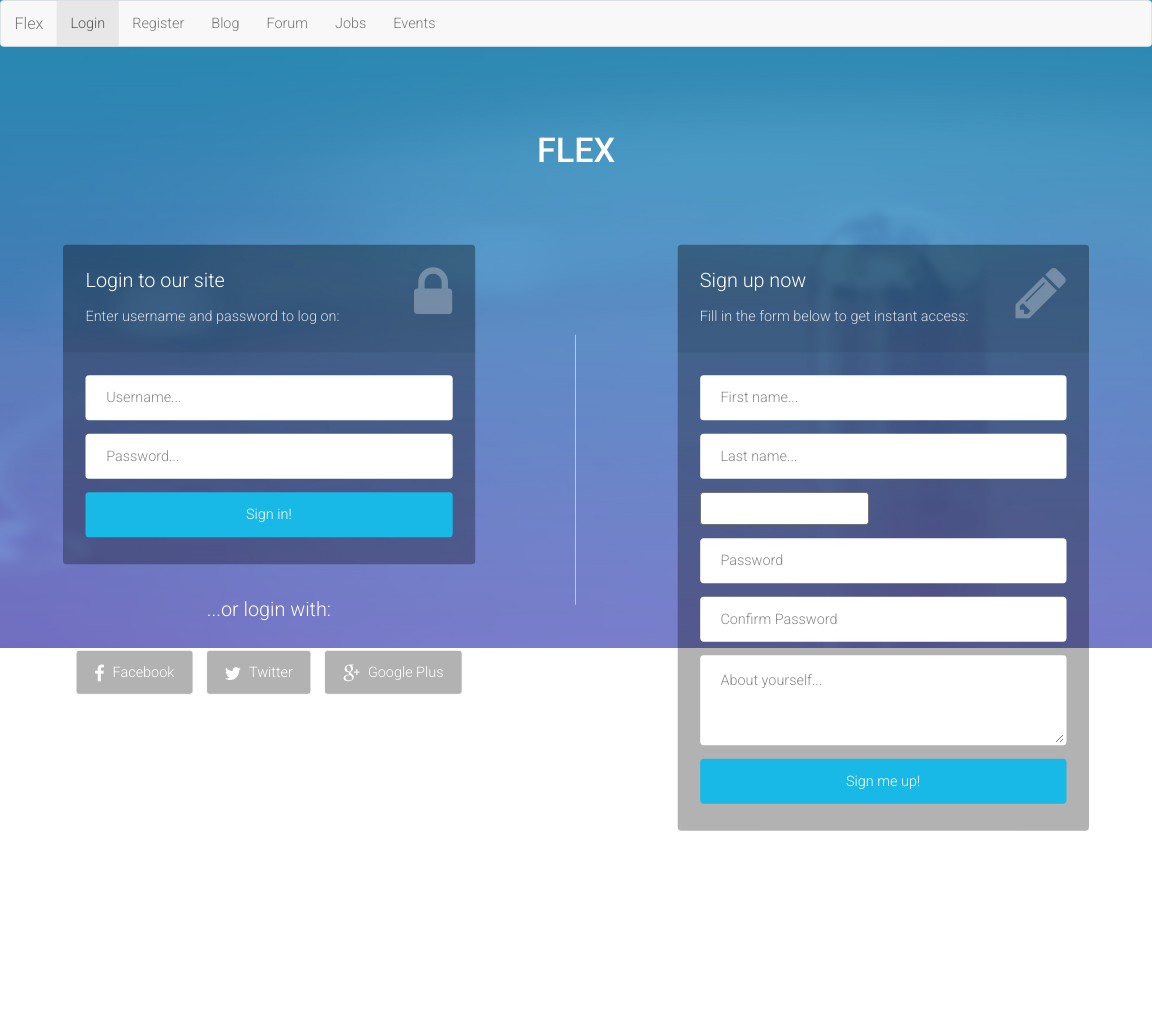
Repository: Angelamritha2012/Flex
Page: Collaboration/WebContent/index.html
An editor plug-in stored every save of this project. The page is shown before and after the next save, followed by the edit.
The browser window is 1280 px wide. The pictures show the whole page, at 90% of full size.
Some web libraries are served in a nearby version.

Above is the page before, as saved 2017-11-29 13:43:17.

After the next save:
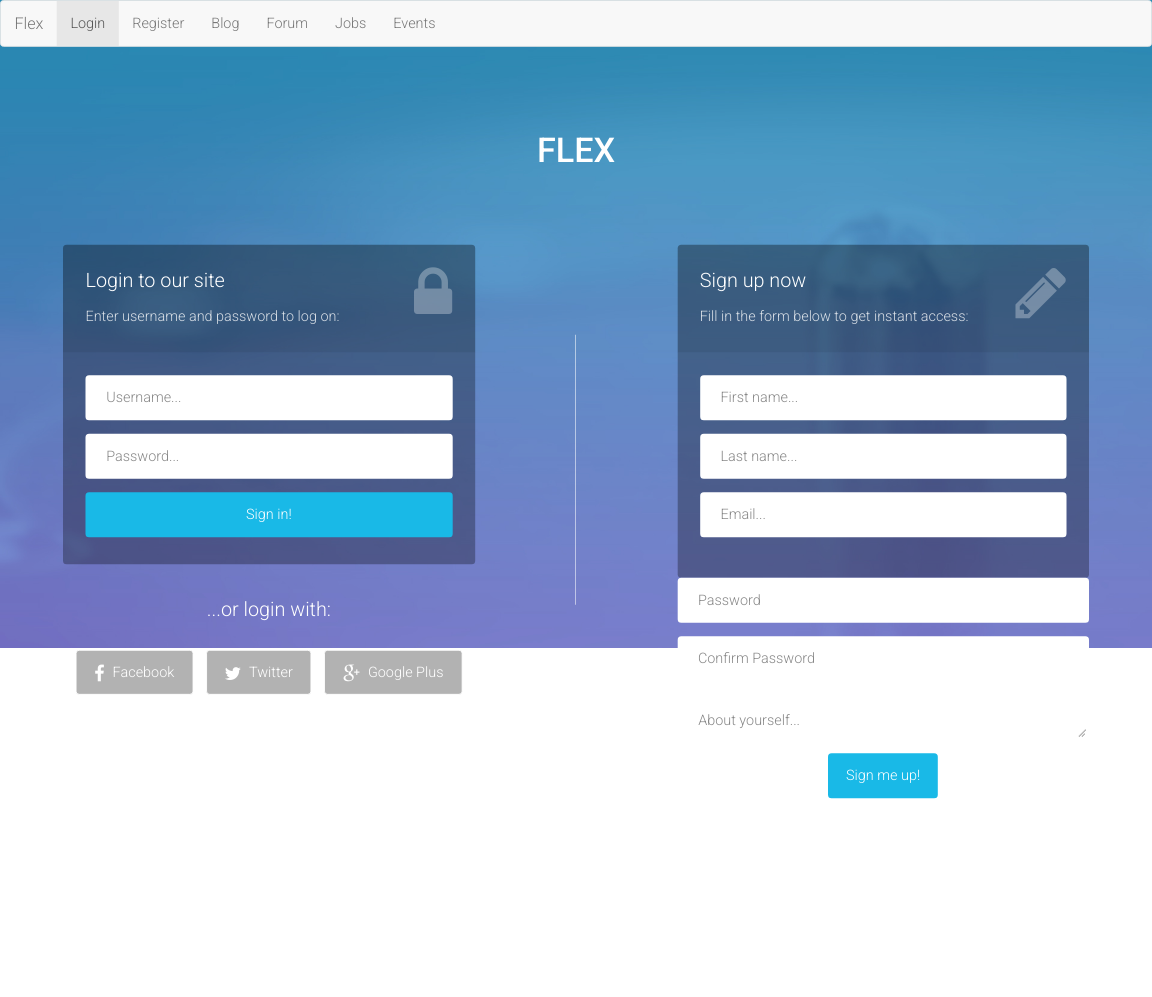
Saved 76 s later.
--- a/Collaboration/WebContent/index.html
+++ b/Collaboration/WebContent/index.html
@@ -140,16 +140,16 @@
 				                        	<input type="text" name="form-last-name" placeholder="Last name..." class="form-last-name form-control" id="form-last-name">
 				                        </div>
 				                        <div class="form-group">
-				                        	<!-- <label class="sr-only" for="form-email">Email</label>
+				                        	<label class="sr-only" for="form-email">Email</label>
 				                        	<input type="text" name="form-email" placeholder="Email..." class="form-email form-control" id="form-email">
 				                   <span ng-show="frm.email.$dirty && frm.email.$invalid">Email Address is not valid</span>
 
-				                        </div> -->
-				                        <input type="email" name="email" ng-model="email" required>
+				                        </div>
+				                        <!-- <input type="email" name="email" ng-model="email" required>
 <span style="color:white" ng-show="myForm.email.$dirty && myForm.email.$invalid">
 <span ng-show="myForm.email.$error.required">Email is required.</span>
 <span ng-show="myForm.email.$error.email">Invalid email address.</span>
-</span>
+</span> -->
 </div>
 
 										<div class="form-group">
